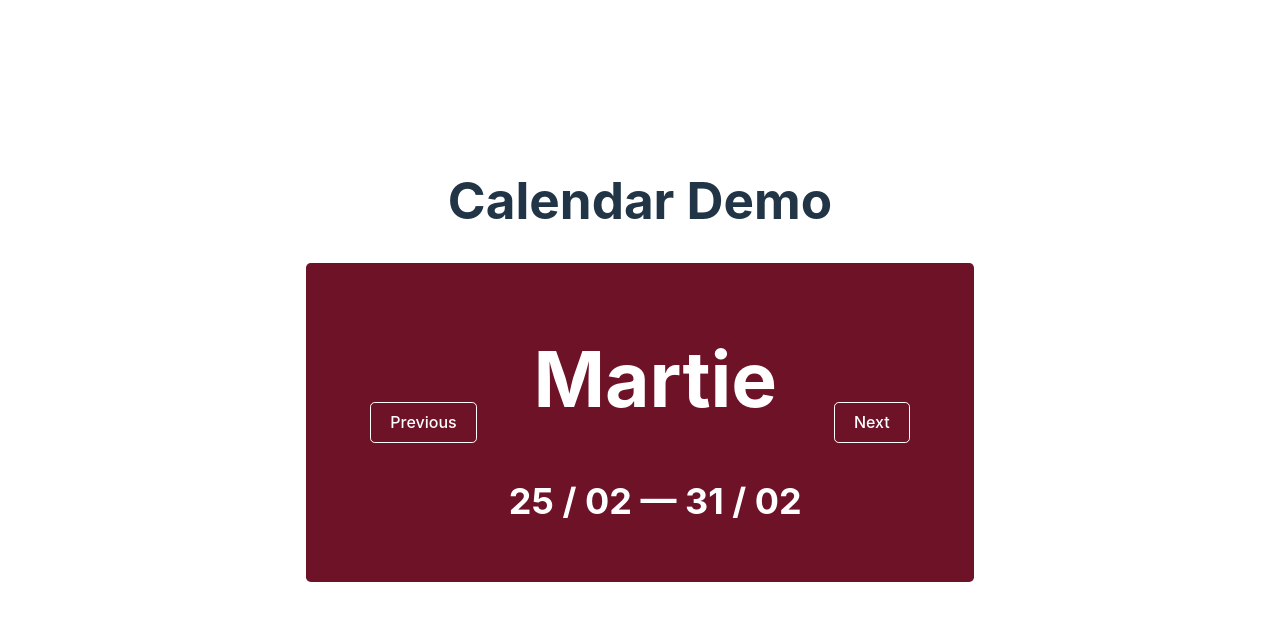
Repository: Maryie-B/weekly-calendar-scheduler
Page: /
An editor plug-in stored every save of this project. The page is shown before and after the next save, followed by the edit.
The browser window is 1280 px wide. The pictures show the whole page.
The project was rebuilt for these pictures with package versions that can differ from the ones it lists, and the page was loaded fresh each time. Also part of the build but not shown: vite.config.js.

Above is the page before, as saved 2024-03-26 12:07:52.

After the next save:
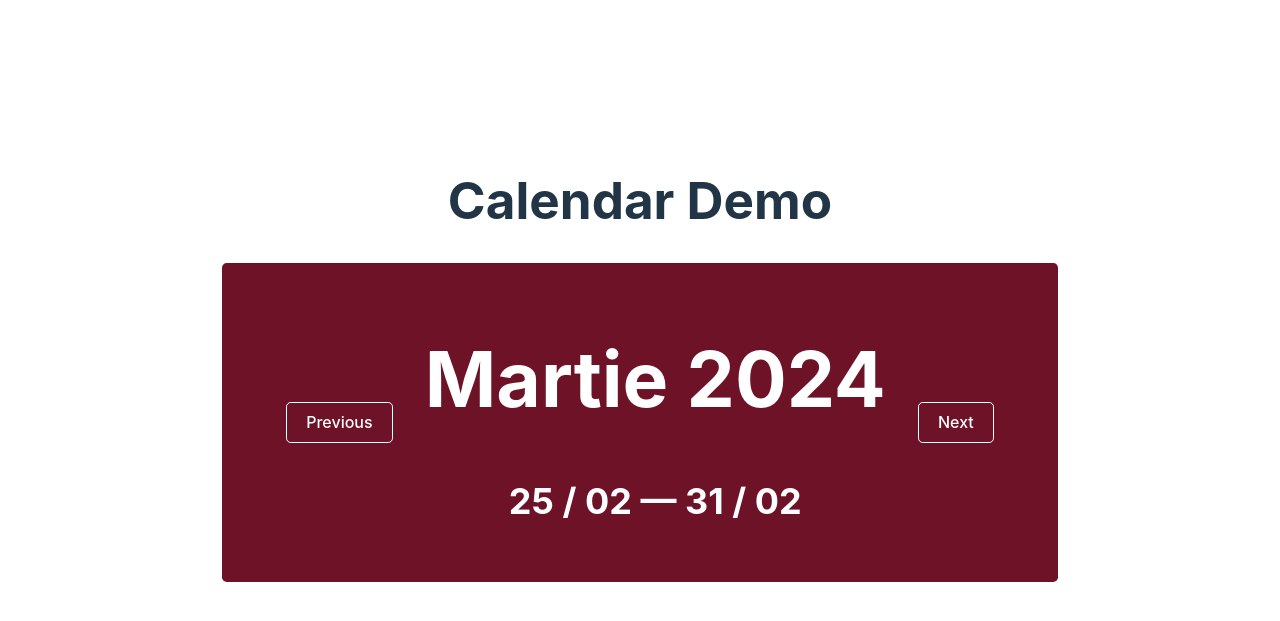
Saved 40 s later.
--- a/src/Calendar.jsx
+++ b/src/Calendar.jsx
@@ -29,11 +29,10 @@ const Calendar = () => {
   const datesRange = `${weekStart.getDate()} / ${weekStartMonthNumber} — ${weekEnd.getDate()} / ${weekEndMonthNumber}`;
 
   const year = weekStart.getFullYear();
-  console.log(year);
 
   return (
     <div className="calendar-text">
-      <h1>{monthName}</h1>
+      <h1>{monthName} {year}</h1>
       <h2>{datesRange}</h2>
     </div>
   )
